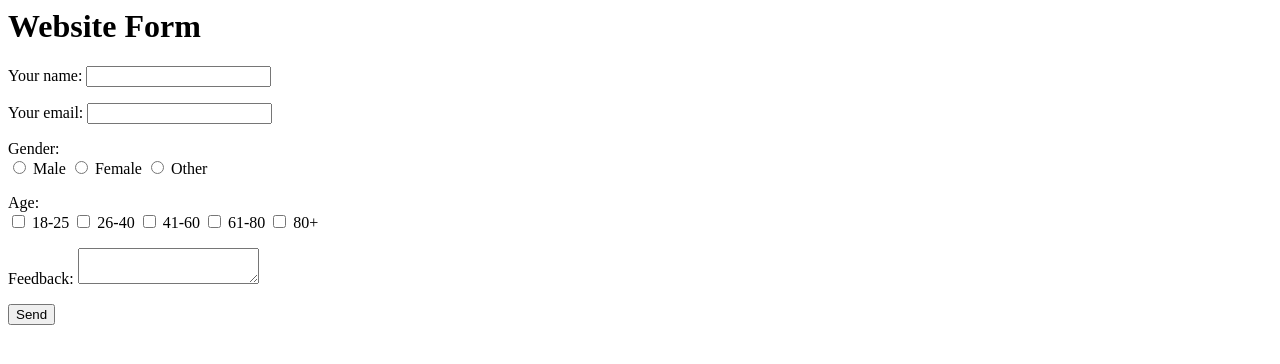
Repository: getzt1/web-design-class
Page: web pages/personal-site/form.html
The author's editor kept a record of every edit. The page is drawn from the files as they stood at one moment, then again after the next edit.
The browser window is 1280 px wide. The pictures show the whole page.

Above is the page before.

After the next edit:
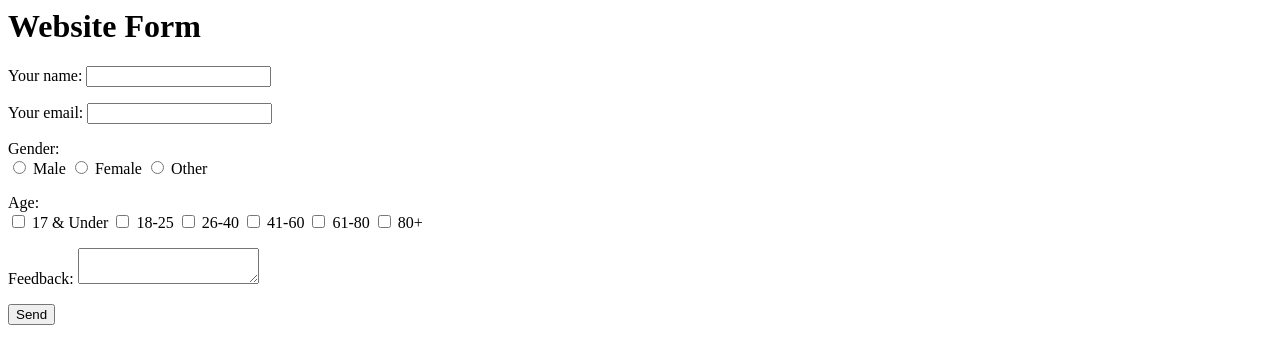
The edit:
--- a/web pages/personal-site/form.html
+++ b/web pages/personal-site/form.html
@@ -20,6 +20,7 @@
   </p>
 
   <p> Age: <br />
+        <input type="checkbox" name="age" value="17 & Under" /> 17 & Under
         <input type="checkbox" name="age" value="18-25" /> 18-25
         <input type="checkbox" name="age" value="26-40" /> 26-40
         <input type="checkbox" name="age" value="41-60" /> 41-60
